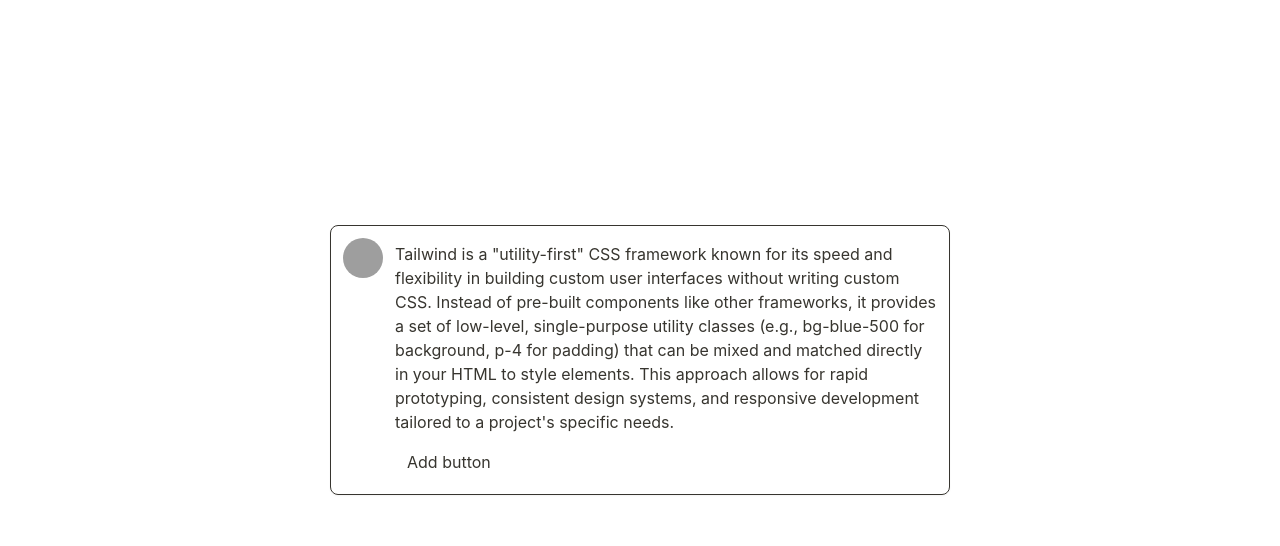
Repository: vignesh33654/resizablesidebar
Page: /
An editor plug-in stored every save of this project. The page is shown before and after the next save, followed by the edit.
The browser window is 1280 px wide. The pictures show the whole page.
The project was rebuilt for these pictures with package versions that can differ from the ones it lists, and the page was loaded fresh each time.

Above is the page before, as saved 2025-11-11 10:30:49.

### index.html
<!doctype html>
<html lang="en">
  <head>
    <meta charset="UTF-8" />
    <link rel="icon" type="image/svg+xml" href="/vite.svg" />
    <meta name="viewport" content="width=device-width, initial-scale=1.0" />
    <title>ai-app</title>
  </head>
  <body>
    <div id="root"></div>
    <script type="module" src="/src/main.tsx"></script>
  </body>
</html>

### src/index.css
@import "tailwindcss";

@theme {
  /* Text Colors */
  --text-primary: #37352f;
  --text-secondary: #898986;
  --text-tertiary: #acaba9;
  --text-disabled: #d5d5d4;
  --text-inverse: #ffffff;

  /* Border Colors */
  --border-default: #e6e6e6;

  /* Background Colors */
  --bg-surface: #ffffff;
  --bg-muted: #f5f5f5;
  --bg-subtle: #f1f0f1;

  /* Semantic Colors */
  --color-primary: #0d99ff;
  --color-success: #14ae5c;
  --color-error: #f24822;
  --color-warning: #ffcd29;

  /* Font Sizes */
  --font-h1: 30px;
  --font-h2: 24px;
  --font-h3: 20px;
  --font-body-lg: 16px;
  --font-body-md: 14px;
  --font-body-sm: 13px;
  --font-small-md: 12px;
  --font-small-sm: 11px;
  --font-small-xs: 10px;

  /* Line Heights */
  --lh-h1: 40px;
  --lh-h2: 32px;
  --lh-h3: 32px;
  --lh-body: 24px;
  --lh-small: 16px;

  /* Shadows */
  --shadow-sm: 0 1px 2px #0000000d;
  --shadow-md: 0 4px 6px #0000001a;
  --shadow-lg: 0 10px 15px #00000026;
}

:root {
  font-family: inter, system-ui;
  background-color: var(--bg-surface);
  color: var(--text-primary);

  font-synthesis: none;
  text-rendering: optimizeLegibility;
  -webkit-font-smoothing: antialiased;
  -moz-osx-font-smoothing: grayscale;
}

h1, h2, h3, p {
  margin: 0;
  color: var(--text-primary);
}

h1 {
  font-size: var(--font-h1);
  line-height: var(--lh-h1);
  letter-spacing: -0.021em;
  font-weight: 600;
}

h2 {
  font-size: var(--font-h2);
  line-height: var(--lh-h2);
  letter-spacing: -0.019em;
  font-weight: 600;
}

h3 {
  font-size: var(--font-h3);
  line-height: var(--lh-h3);
  letter-spacing: -0.017em;
  font-weight: 600;
}

p {
  font-size: var(--font-body-lg);
  line-height: var(--lh-body);
  letter-spacing: -0.011em;
  font-weight: 400;
}

### src/App.tsx
const imgAvatar = "http://localhost:3845/assets/33bd599f3caa820c5ba115be2d1ef7b018f59693.svg";

export default function App() {
  return (
    <div className="min-h-screen bg-Bg-1 flex items-center justify-center p-8">
      <div className="bg-Bg-0 border border-border-Primary rounded-lg p-3 flex gap-3 max-w-[620px] shadow-sm">
        {/* Avatar */}
        <div className="shrink-0 w-10 h-10">
          <img
            alt="Avatar"
            className="w-full h-full rounded-full object-cover"
            src={imgAvatar}
          />
        </div>

        {/* Content */}
        <div className="flex flex-col gap-1">
        <div className="text-color-primary text-size-h1" ></div>

          <div className="color-text-tertiary text-font-size-h1">
            Tailwind is a "utility-first" CSS framework known for its speed and flexibility in building custom user interfaces without writing custom CSS. Instead of pre-built components like other frameworks, it provides a set of low-level, single-purpose utility classes (e.g., bg-blue-500 for background, p-4 for padding) that can be mixed and matched directly in your HTML to style elements. This approach allows for rapid prototyping, consistent design systems, and responsive development tailored to a project's specific needs.
          </div>

          <button className="font-size-body-16 text-color-secondary bg-color-primary px-3 py-2 rounded mt-1 self-start hover:opacity-90 transition-opacity">
          Add button
          </button>
        </div>
      </div>
    </div>
  )
}

Loaded but not shown: src/main.tsx (common file)

After the next save:
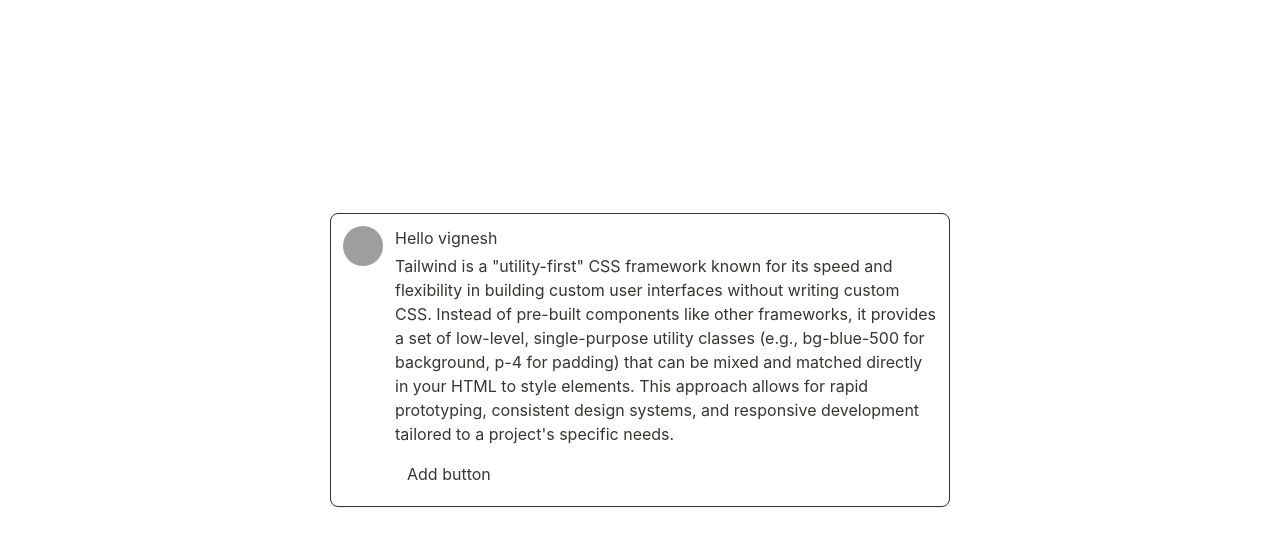
Saved 4 s later.
--- a/src/App.tsx
+++ b/src/App.tsx
@@ -15,7 +15,7 @@
 
         {/* Content */}
         <div className="flex flex-col gap-1">
-        <div className="text-color-primary text-size-h1" ></div>
+        <div className="text-color-primary text-size-h1" > Hello vignesh </div>
 
           <div className="color-text-tertiary text-font-size-h1">
             Tailwind is a "utility-first" CSS framework known for its speed and flexibility in building custom user interfaces without writing custom CSS. Instead of pre-built components like other frameworks, it provides a set of low-level, single-purpose utility classes (e.g., bg-blue-500 for background, p-4 for padding) that can be mixed and matched directly in your HTML to style elements. This approach allows for rapid prototyping, consistent design systems, and responsive development tailored to a project's specific needs.
